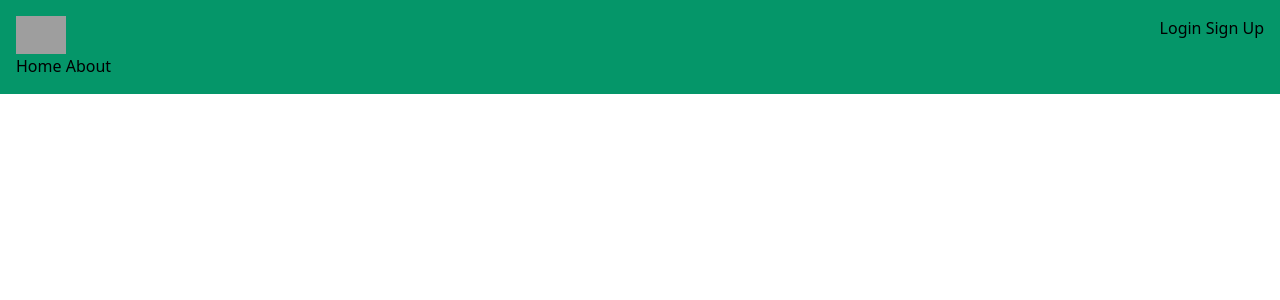
Repository: DaNiels89/tailwind-stawberries
Page: index.html
An editor plug-in stored every save of this project. The page is shown before and after the next save, followed by the edit.
The browser window is 1280 px wide. The pictures show the whole page.
Pictures or frames that could not be fetched are drawn as grey boxes.

Above is the page before, as saved 2020-08-24 13:20:32.

### index.html
<!DOCTYPE html>
<html lang="en">
  <head>
    <meta charset="UTF-8" />
    <meta name="viewport" content="width=device-width, initial-scale=1.0" />
    <title>Website with Tailwind</title>
    <link
      href="https://unpkg.com/tailwindcss@^1.0/dist/tailwind.min.css"
      rel="stylesheet"
    />
  </head>
  <body>
    <header class="bg-green-600 p-4">
      <nav class="flex justify-between">
        <div>
          <img
            src="img/strawberry.png"
            alt="Mountain logo"
            class="Logo"
            width="50"
          />
          <a href="#" class="">Home</a>
          <a href="#" class="">About</a>
        </div>
        <div class="">
          <a href="#" class="">Login</a>
          <a href="#" class="">Sign Up</a>
        </div>
      </nav>
    </header>
    <main class=""></main>
    <footer class=""></footer>
  </body>
</html>

After the next save:
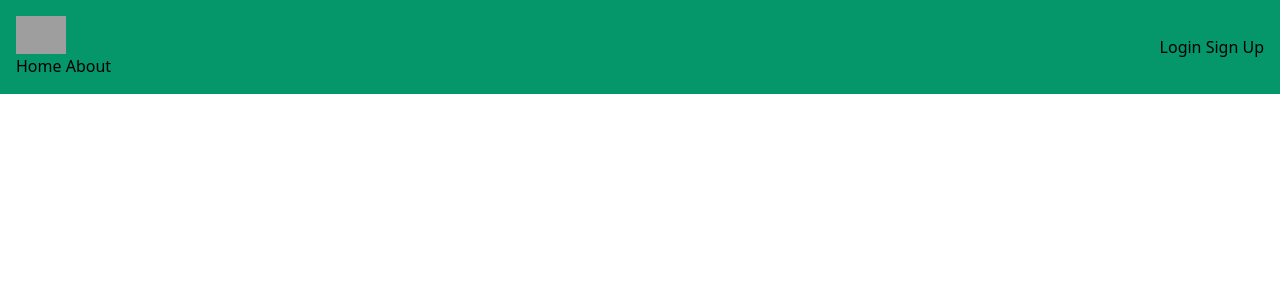
Saved 17 s later.
--- a/index.html
+++ b/index.html
@@ -11,7 +11,7 @@
   </head>
   <body>
     <header class="bg-green-600 p-4">
-      <nav class="flex justify-between">
+      <nav class="flex justify-between items-center">
         <div>
           <img
             src="img/strawberry.png"
